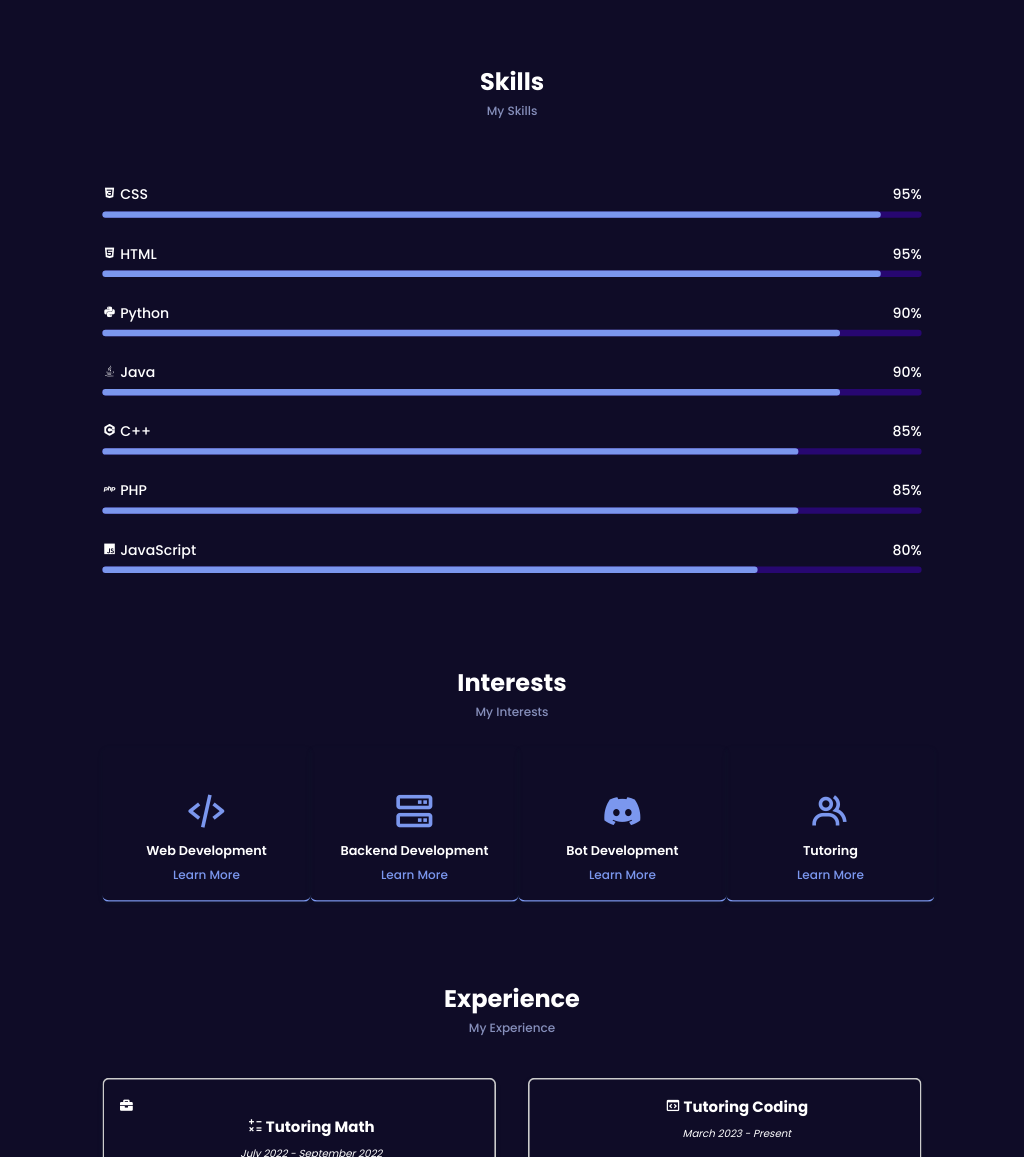
Repository: omkarxpatel/Omkar-Portfolio
Page: src/index.html
The author's editor kept a copy of each file at every save. The page is drawn from the files as they stood at one save, then again after the next save.
The browser window is 1280 px wide. The pictures show the part of the page from y = 1239 to 2685 px (the page is 3700 px tall), at 80% of full size.
Pictures or frames that could not be fetched are drawn as grey boxes. A picture or video elsewhere on the page could not be fetched, so the positions and the page height are approximate.

Above is the page before, as saved 2023-03-26 13:35:22.

After the next save:
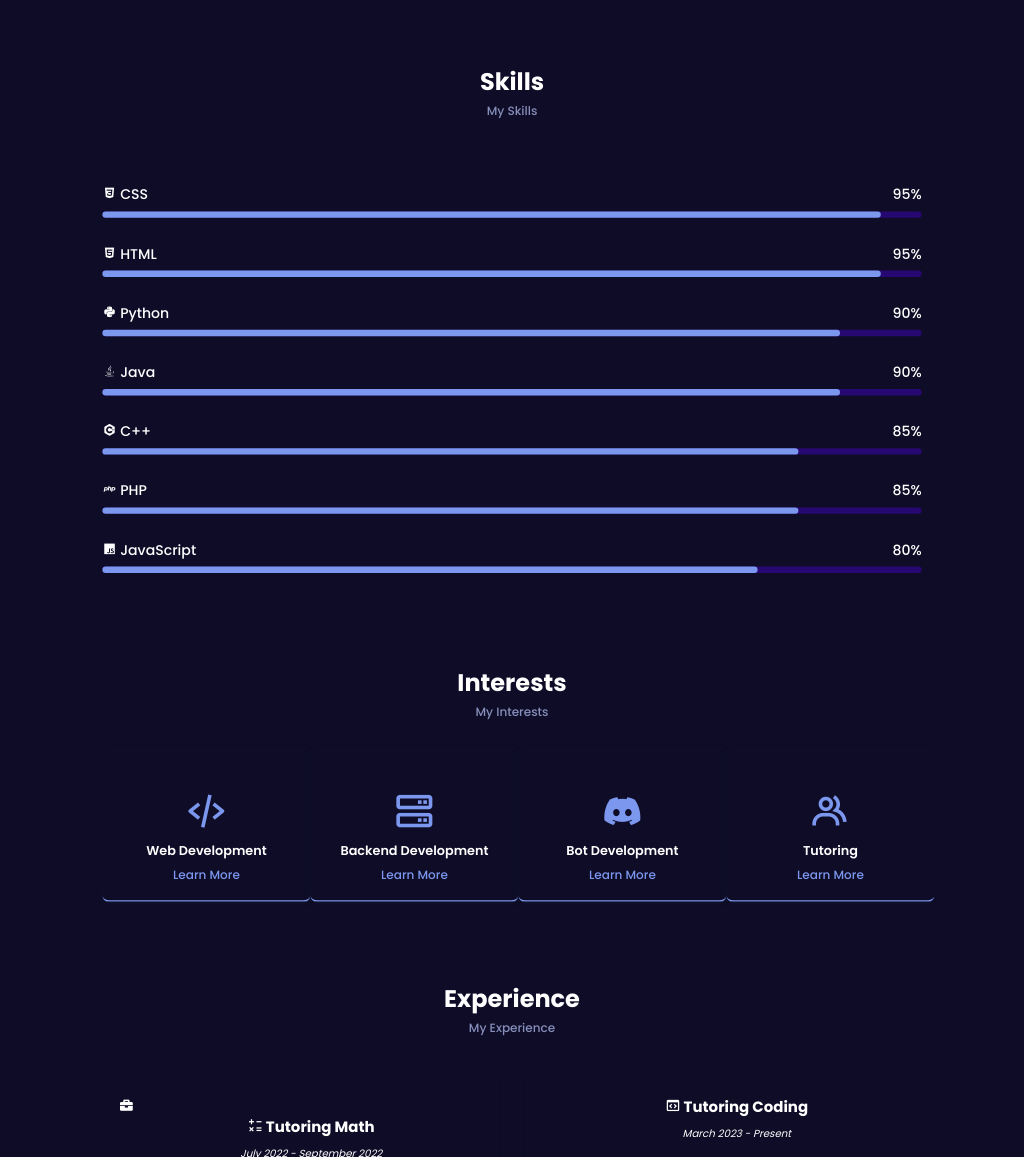
Saved 7 s later.
--- a/src/style.css
+++ b/src/style.css
@@ -606,7 +606,7 @@ form textarea {
   position: relative;
   width: 100%;
   padding: 20px;
-  border: 2px solid #ccc;
+  border: 2px solid #cccccc00;
   margin-bottom: 30px;
   border-radius: 0.5rem;
   border-bottom: 2px solid var(--main-color);
